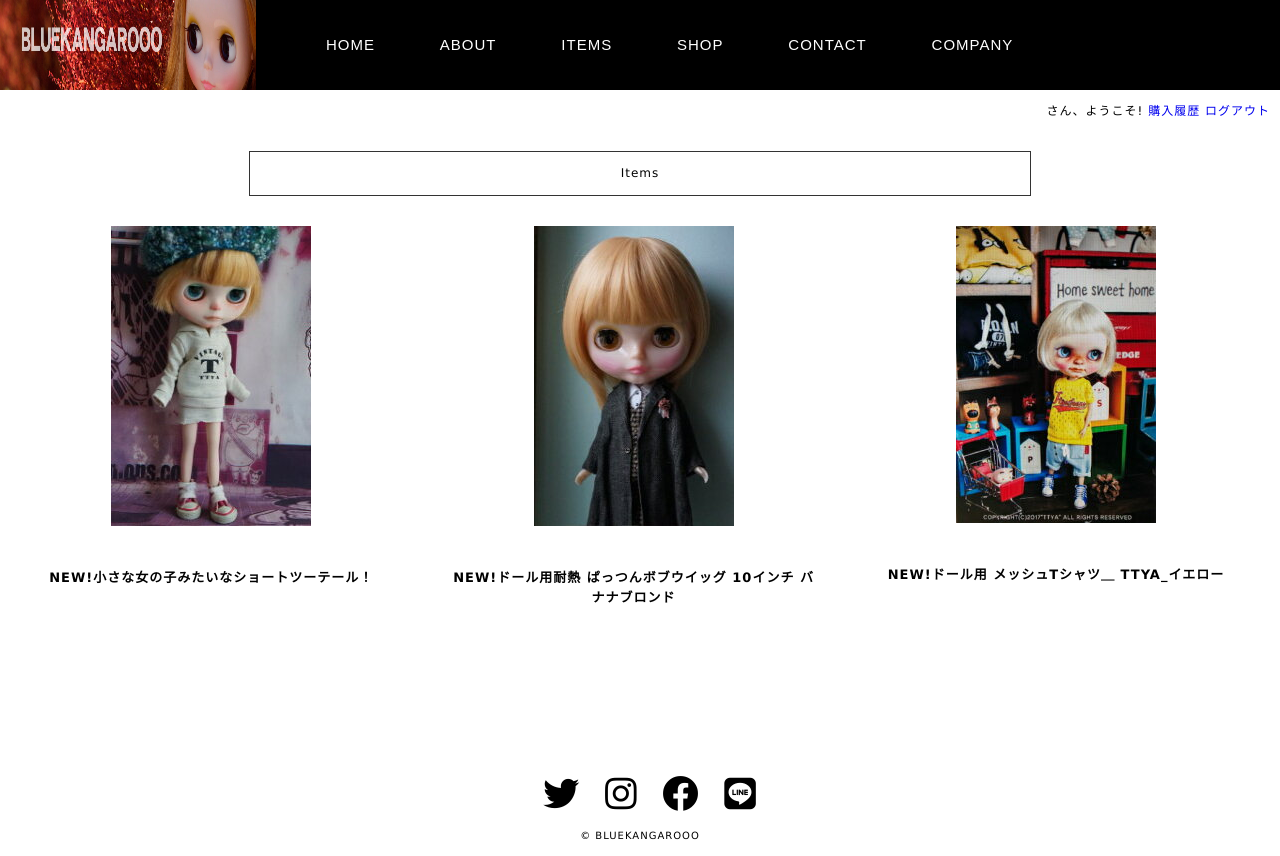
Repository: xiezom/test
Page: http://localhost/ecsite/items.jsp
The author's editor kept a copy of each file at every save. The page is drawn from the files as they stood at one save, then again after the next save.
The browser window is 1280 px wide. The pictures show the whole page.
Some web libraries are served in a nearby version. The page is served by Tomcat 9. Other server files are loaded and not shown.

Above is the page before, as saved 2019-03-26 04:12:18.

### ecsite/WebContent/items.jsp
<%@ page language="java" contentType="text/html; charset=UTF-8"
    pageEncoding="UTF-8"%>
<%@ taglib prefix="s" uri="/struts-tags"%>
<!DOCTYPE html>
<html>
<head>

	<meta http-equiv="Content-Type" content="text/html; charset=utf8"/>
	<meta http-equiv="Content-Style-Type" content="text/css"/>
	<meta http-equiv="Content-Script-Type" content="text/javascript"/>
	<meta http-equiv="imagetoolbar" content="no">
	<meta name="description" content=""/>
	<meta name="keywords" content=""/>

	<title>Items画面</title>

	<link rel="stylesheet" type="text/css" href="./css/items_style.css">
	<link rel="stylesheet" href="https://use.fontawesome.com/releases/v5.8.1/css/all.css" integrity="sha384-50oBUHEmvpQ+1lW4y57PTFmhCaXp0ML5d60M1M7uH2+nqUivzIebhndOJK28anvf">

</head>
<body>

	<div class="header">
		<img class="logo" alt="blueKangarooo" src="./img/logo.jpg">
		<ul>
            <li>HOME</li>
            <li>ABOUT</li>
            <li>ITEMS</li>
            <li>SHOP</li>
            <li>CONTACT</li>
            <li>COMPANY</li>
        </ul>

	</div>
	<div>
    <p class="welcome">
        <s:property value="LoginDTOList.get(0).username"/>さん、ようこそ!
        <a href='<s:url action="MyPageAction" />'>購入履歴</a>
        <a href='<s:url action="LogoutAction" />'>ログアウト</a>
    </p>
	</div>
	<div class="main">
		<div class="top">
			<p>Items</p>
		</div>
		<div class="main-container">
				<div class="entry">
					<a href='<s:url action="ItemsAction" />'>
					<img class="img" src="./img/1.jpg">
					<h3>NEW!小さな女の子みたいなショートツーテール！</h3>
					</a>
				</div>
				<div class="entry">
					<a href='<s:url action="ItemsAction" />'>
					<img class="img" src="./img/2.jpg">
					<h3>NEW!ドール用耐熱 ぱっつんボブウイッグ 10インチ バナナブロンド</h3>
					</a>
				</div>

				<div class="entry">
					<a href='<s:url action="ItemsAction" />'>
					<img class="img" src="./img/3.jpg">
					<h3>NEW!ドール用 メッシュTシャツ＿ TTYA_イエロー</h3>
					</a>
				</div>
		</div>
	</div>

	<div class="footer">
	<nav>
		<ul class="social">
			<li><a href="" target="_blank"><i class="fab fa-twitter fa-3x"></i></a>
			</li>
			<li><a href="" target="_blank"><i class="fab fa-instagram fa-3x"></i></a>
			</li>
			<li><a href="" target="_blank"><i class="fab fa-facebook fa-3x"></i></a>
			</li>
			<li><a href="" target="_blank"><i class="fab fa-line fa-3x"></i></a>
			</li>
		</ul>
	</nav>
		<p class="copy"><small>&copy; BLUEKANGAROOO</small></p>
	</div>


</body>
</html>

### ecsite/WebContent/css/items_style.css
@CHARSET "UTF-8";


		body {
			margin: 0;
			padding: 0;
			line-height: 1.6;
			letter-spacing: 1px;
			font-family: Verdana,Helvetica,sans-serif;
			font-size: 12px;
			background: #fff;
		}

		a {
			text-decoration: none;
		}

		ul {
			list-style-type: none;
		}

		.top {
			width: 780px;
			margin: 30px auto;
			border: 1px solid #333;
		}

		.header {
			width: 100%;
			height: 90px;
			background-color: black;
			overflow: hidden;
		}

		.logo {
			float: left;
			height: 90px;
			width: 20%;
			display: inline-block;
		}

		.header ul {
			text-align: center;
			display: inline-block;
			margin: 0 auto;
		}

		.header ul li {
		    display: inline-block;
		    padding-left: 30px;
		    padding-right: 30px;
		    line-height: 90px;
		    font-size: 15px;
		    font-family: 游ゴシック, YuGothic, meiryo, sans-serif;
		    color: #fff;
		}

		.welcome {
			text-align: right;
			margin-right: 10px;
		}

		.main {
			clear: both;
			width: 100%;
			height: auto;
			text-align: center;
		}

		.main-container {
			width: 100%;
			height: 500px
		}

		.entry {
			float: left;
			width: 33%;
		}

		.entry h3 {
			padding: 22px 25px 12px;
    		font-size: 13px;
    		color: black;
		}

		.footer {
			margin-top: 50px;
			width:100%;
			height: 80px;
			clear: both;
			text-align: center;
		}

		.sosial {
			text-align: center;
		}
		.social li {
			display: inline-block;
			margin-right: 20px;
		}

		.fab {
			color: black;
		}

		.copy {
			clear: both;
			text-align: center;
		}

After the next save:
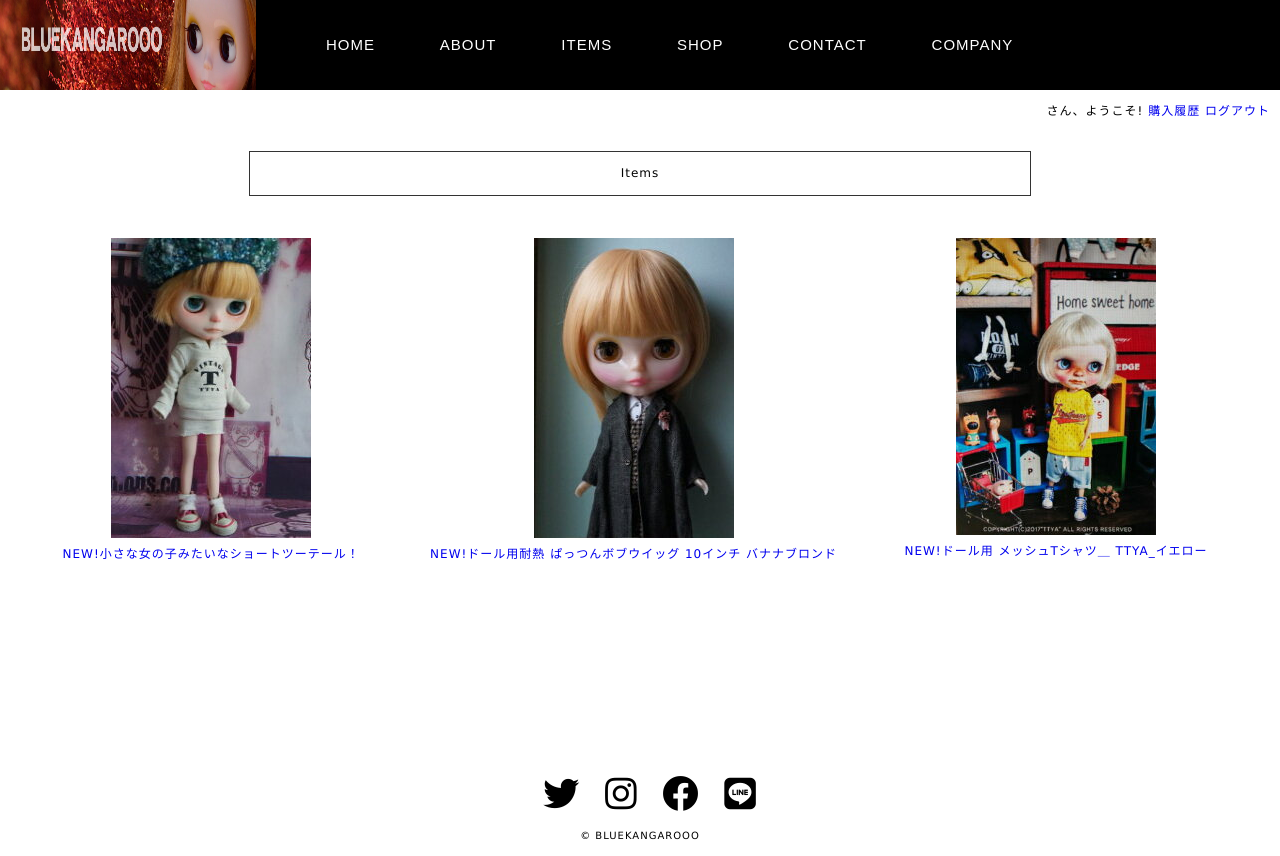
Saved 3 min 26 s later.
--- a/ecsite/WebContent/items.jsp
+++ b/ecsite/WebContent/items.jsp
@@ -45,23 +45,23 @@
 		</div>
 		<div class="main-container">
 				<div class="entry">
-					<a href='<s:url action="ItemsAction" />'>
+					<p><a href='<s:url action="ItemsAction" />'>
 					<img class="img" src="./img/1.jpg">
-					<h3>NEW!小さな女の子みたいなショートツーテール！</h3>
-					</a>
+					<br/>NEW!小さな女の子みたいなショートツーテール！
+					</a></p>
 				</div>
 				<div class="entry">
-					<a href='<s:url action="ItemsAction" />'>
+					<p><a href='<s:url action="ItemsAction" />'>
 					<img class="img" src="./img/2.jpg">
-					<h3>NEW!ドール用耐熱 ぱっつんボブウイッグ 10インチ バナナブロンド</h3>
-					</a>
+					<br/>NEW!ドール用耐熱 ぱっつんボブウイッグ 10インチ バナナブロンド
+					</a></p>
 				</div>
 
 				<div class="entry">
-					<a href='<s:url action="ItemsAction" />'>
+					<p><a href='<s:url action="ItemsAction" />'>
 					<img class="img" src="./img/3.jpg">
-					<h3>NEW!ドール用 メッシュTシャツ＿ TTYA_イエロー</h3>
-					</a>
+					<br/>NEW!ドール用 メッシュTシャツ＿ TTYA_イエロー
+					</a></p>
 				</div>
 		</div>
 	</div>
